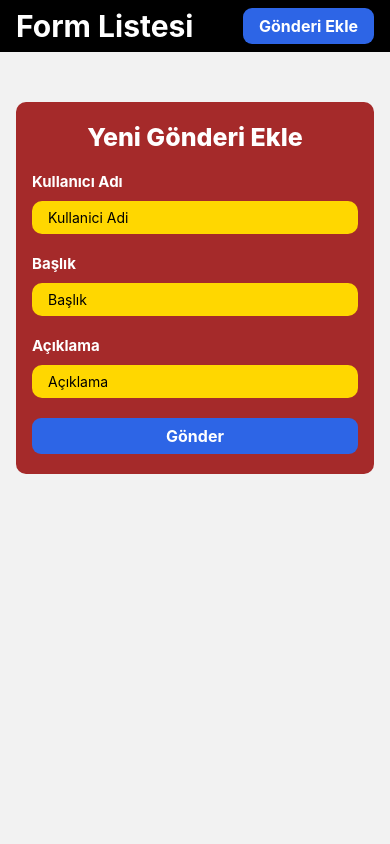
Repository: Kubraaygun/FirebaseRN
Screen: /
These files come from the project's save history. The screen is drawn as it stood at one moment and after the next save; the edit follows.
The app was drawn by React Native's web renderer in a window 390 px wide. The project was rebuilt for these pictures with package versions that can differ from the ones it lists, and the page was loaded fresh each time. Also part of the build but not shown: src/screens/ListPost/ListPostView.jsx, src/screens/ListPost/ListPostController.jsx.

Above is the screen before, as saved 2025-01-20 20:51:26.

After the next save:
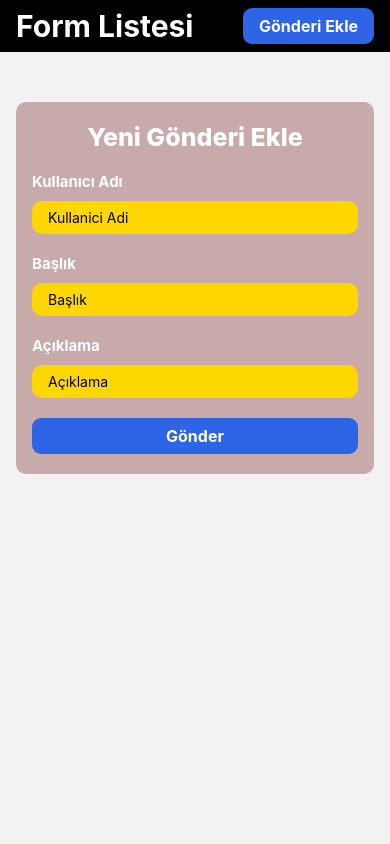
Saved 96 s later.
--- a/src/screens/AddPost/AddPostView.jsx
+++ b/src/screens/AddPost/AddPostView.jsx
@@ -42,7 +42,7 @@ export default AddPostView;
 
 const styles = StyleSheet.create({
   form: {
-    backgroundColor: 'brown',
+    backgroundColor: '#C8AAAA',
     marginVertical: 50,
     marginHorizontal: 16,
     paddingHorizontal: 16,
